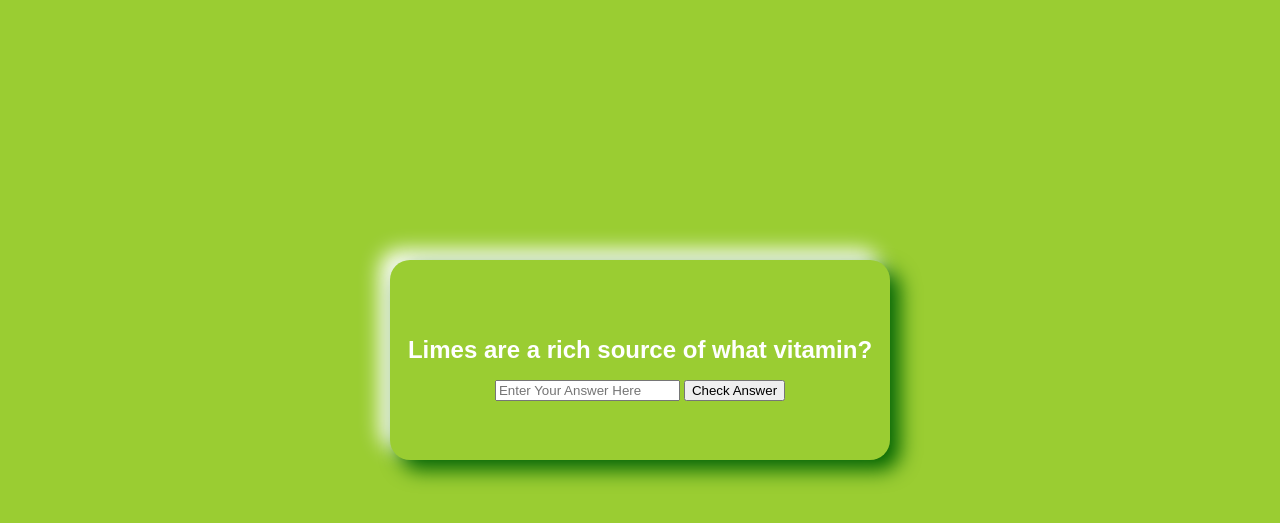
Repository: Joseph061200/Dynamic_Lab2
Page: joseph.html
The author's editor kept a copy of each file at every save. The page is drawn from the files as they stood at one save, then again after the next save.
The browser window is 1280 px wide. The pictures show the whole page.

Above is the page before, as saved 2020-02-20 14:30:21.

After the next save:
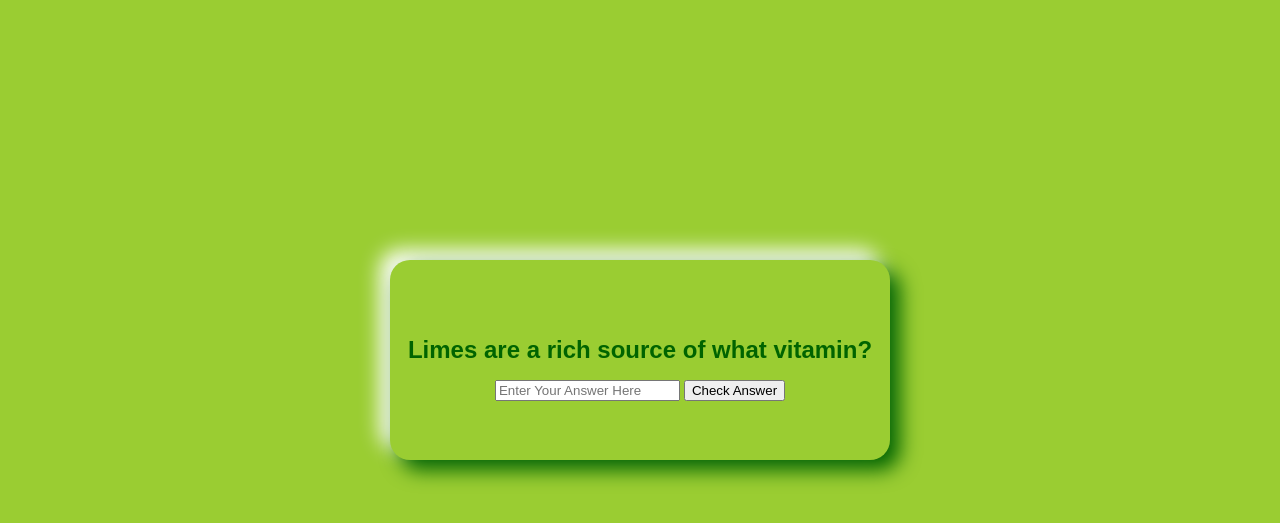
Saved 9 s later.
--- a/joseph.css
+++ b/joseph.css
@@ -24,5 +24,5 @@ body,html {
 h1 {
     font-family: sans-serif;
     font-size: 24px;
-    color: white;
+    color: darkgreen;
 }
